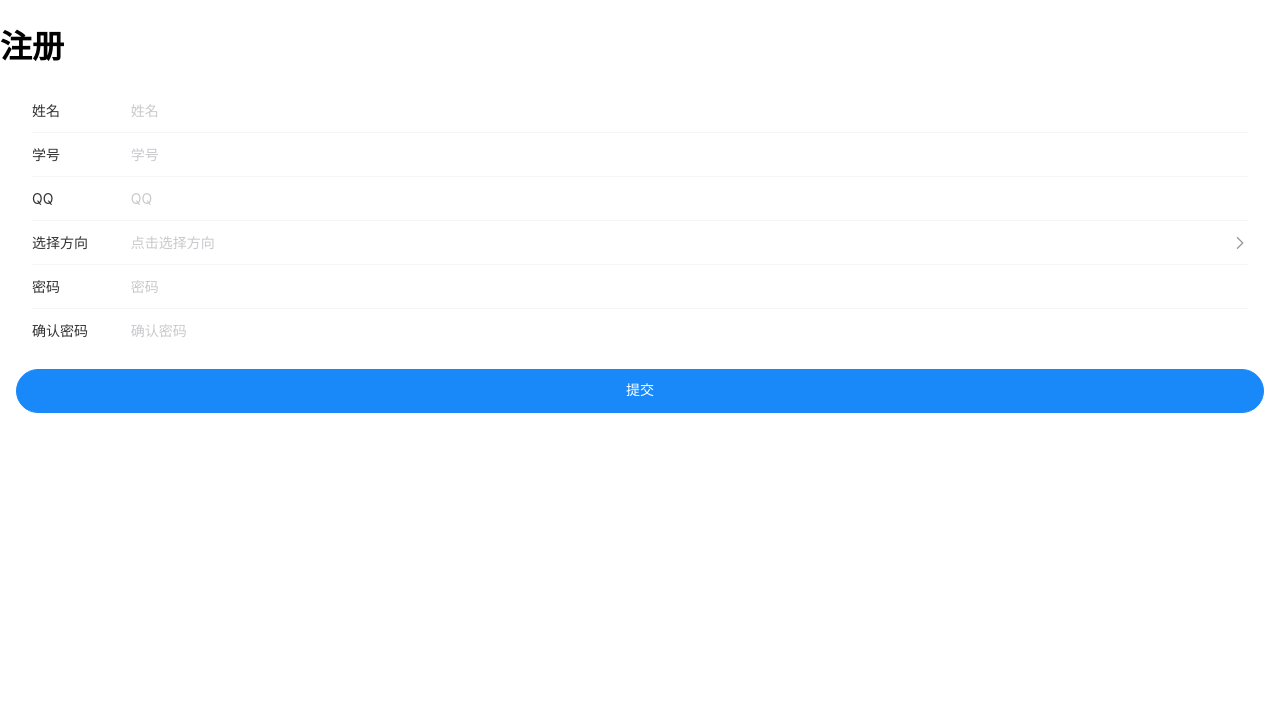
Repository: Qwenicq/new_sys
Page: /register (app in new-syws/)
The author's editor kept a copy of each file at every save. The page is drawn from the files as they stood at one save, then again after the next save.
The browser window is 1280 px wide. The pictures show the whole page.
The project was rebuilt for these pictures with package versions that can differ from the ones it lists, and the page was loaded fresh each time. Also part of the build but not shown: new-syws/vite.config.js, new-syws/src/components/user.vue.

Above is the page before, as saved 2024-01-27 13:12:07.

### new-syws/src/router/index.js
import { createRouter, createWebHistory } from 'vue-router'

const router = createRouter({
  history: createWebHistory(import.meta.env.BASE_URL),
  routes: [
    { path: '/login', component: () => import('@/views/login/LoginPage.vue') },
    {
      path: '/register',
      component: () => import('@/views/register/RegisterPage.vue')
    },
    {
      path: '/',
      component: () => import('@/views/layout/LayoutPage.vue'),
      redirect: '/index/content',
      children: [
        {
          path: '/index/content',
          component: () => import('@/views/layout/LayContain.vue')
        },
        {
          path: '/index/user',
          component: () => import('@/views/user/UserPage.vue')
        }
      ]
    },
    {
      path: '/android',
      component: () => import('@/views/detail/AndroidPage.vue')
    },
    { path: '/ios', component: () => import('@/views/detail/IosPage.vue') },
    { path: '/lab', component: () => import('@/views/detail/LabPage.vue') },
    {
      path: '/server',
      component: () => import('@/views/detail/ServerPage.vue')
    },
    { path: '/web', component: () => import('@/views/detail/WebPage.vue') }
  ]
})

export default router

### new-syws/src/views/register/RegisterPage.vue
<script setup>
import { ref } from 'vue'
const result = ref('')
const showPicker = ref(false)
const columns = [
  { text: '为定向', value: 'null' },
  { text: 'Web', value: 'Web' },
  { text: 'Server', value: 'Server' },
  { text: 'Ios', value: 'Ios' },
  { text: 'Android', value: 'Android' }
]

const onConfirm = ({ selectedOptions }) => {
  result.value = selectedOptions[0]?.text
  showPicker.value = false
}
</script>

<template>
  <div class="bg">
    <div class="main">
      <h1>注册</h1>
      <van-form @submit="onSubmit">
        <van-cell-group inset>
          <van-field
            v-model="username"
            name="姓名"
            label="姓名"
            placeholder="姓名"
            :rules="[{ required: true, message: '请填写姓名' }]"
          />

          <van-field
            v-model="Identity"
            type="number"
            name="学号"
            label="学号"
            placeholder="学号"
            :rules="[{ required: true, message: '请填写学号' }]"
          />
          <van-field
            v-model="QQ"
            type="number"
            name="QQ"
            label="QQ"
            placeholder="QQ"
            :rules="[{ required: true, message: '请填写QQ' }]"
          />

          <van-field
            v-model="result"
            is-link
            readonly
            name="picker"
            label="选择方向"
            placeholder="点击选择方向"
            @click="showPicker = true"
          />
          <van-popup v-model:show="showPicker" position="bottom">
            <van-picker
              :columns="columns"
              @confirm="onConfirm"
              @cancel="showPicker = false"
            />
          </van-popup>
          <van-field
            v-model="password"
            type="password"
            name="密码"
            label="密码"
            placeholder="密码"
            :rules="[{ required: true, message: '请填写密码' }]"
          />
          <van-field
            v-model="repassword"
            type="password"
            name="确认密码"
            label="确认密码"
            placeholder="确认密码"
            :rules="[{ required: true, message: '请填写密码' }]"
          />
        </van-cell-group>

        <div style="margin: 16px">
          <van-button round block type="primary" native-type="submit">
            提交
          </van-button>
        </div>
      </van-form>
    </div>
  </div>
</template>

<style scoped>
.bg {

}
</style>

Loaded but not shown: new-syws/index.html (common file); new-syws/src/main.js (common file); new-syws/src/App.vue (common file)

After the next save:
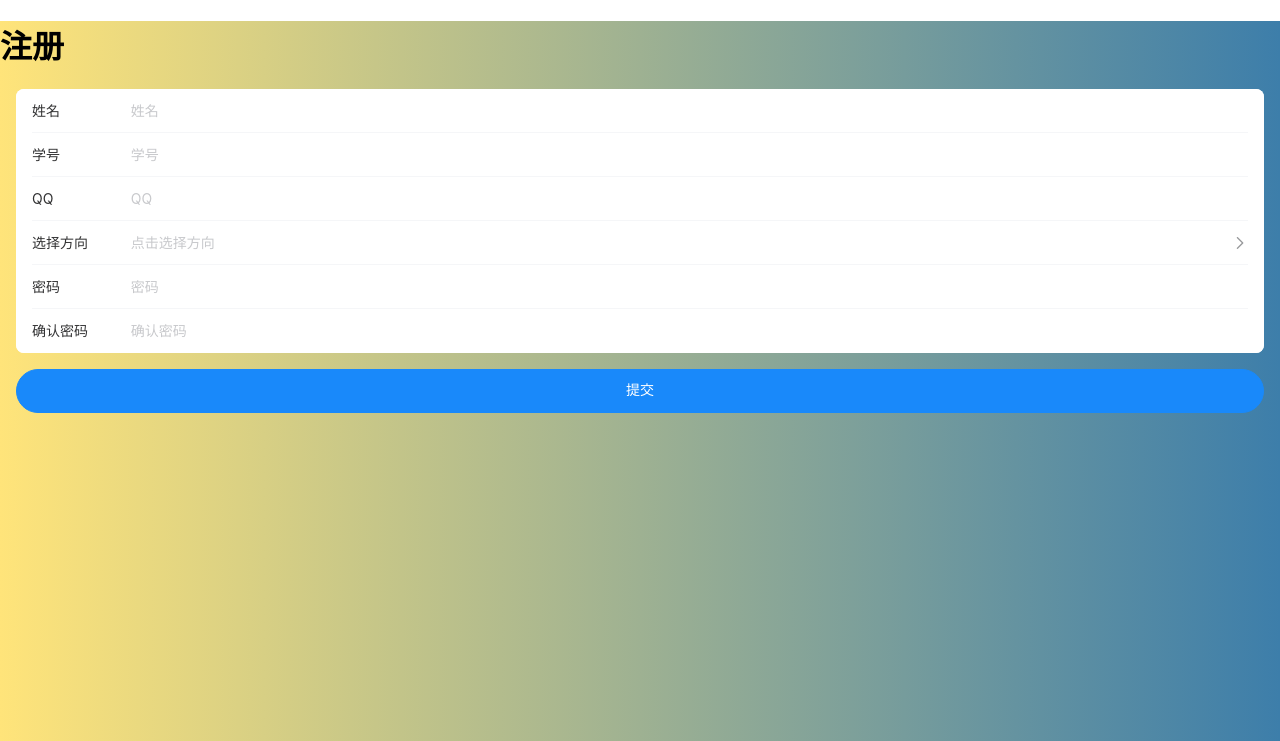
Saved 17 s later.
--- a/new-syws/src/views/register/RegisterPage.vue
+++ b/new-syws/src/views/register/RegisterPage.vue
@@ -93,6 +93,17 @@
 
 <style scoped>
 .bg {
-
+  height: 100vh;
+  background: #3d7eaa; /* fallback for old browsers */
+  background: -webkit-linear-gradient(
+    to right,
+    #ffe47a,
+    #3d7eaa
+  ); /* Chrome 10-25, Safari 5.1-6 */
+  background: linear-gradient(
+    to right,
+    #ffe47a,
+    #3d7eaa
+  ); /* W3C, IE 10+/ Edge, Firefox 16+, Chrome 26+, Opera 12+, Safari 7+ */
 }
 </style>
